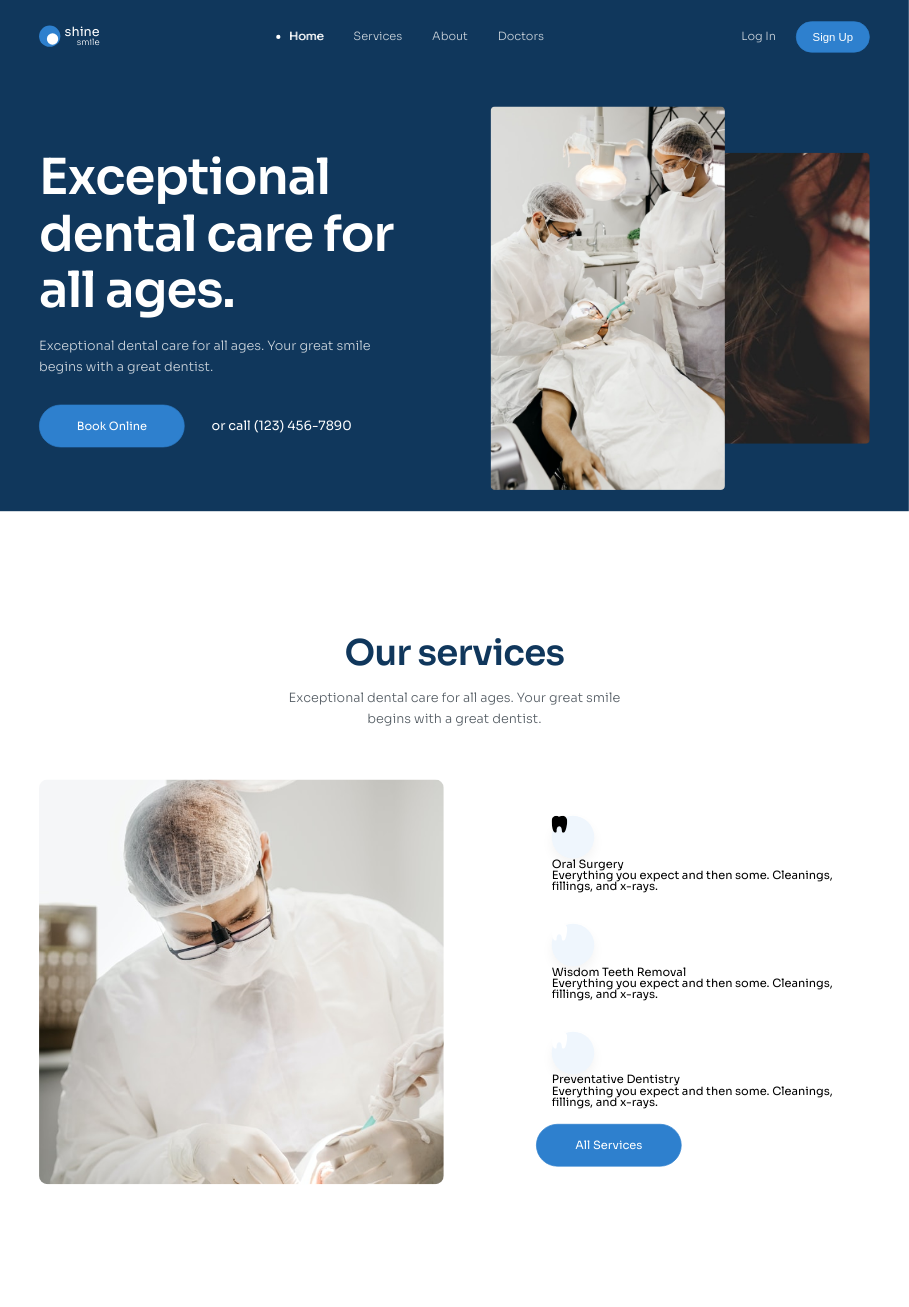
Repository: anhtien111198/f8-htmlcss-03
Page: index.html
These files come from the project's save history. The page is drawn as it stood at one moment and after the next save; the edit follows.
The browser window is 1280 px wide. The pictures show the whole page, at 71% of full size.

Above is the page before, as saved 2023-05-12 17:03:58.

After the next save:
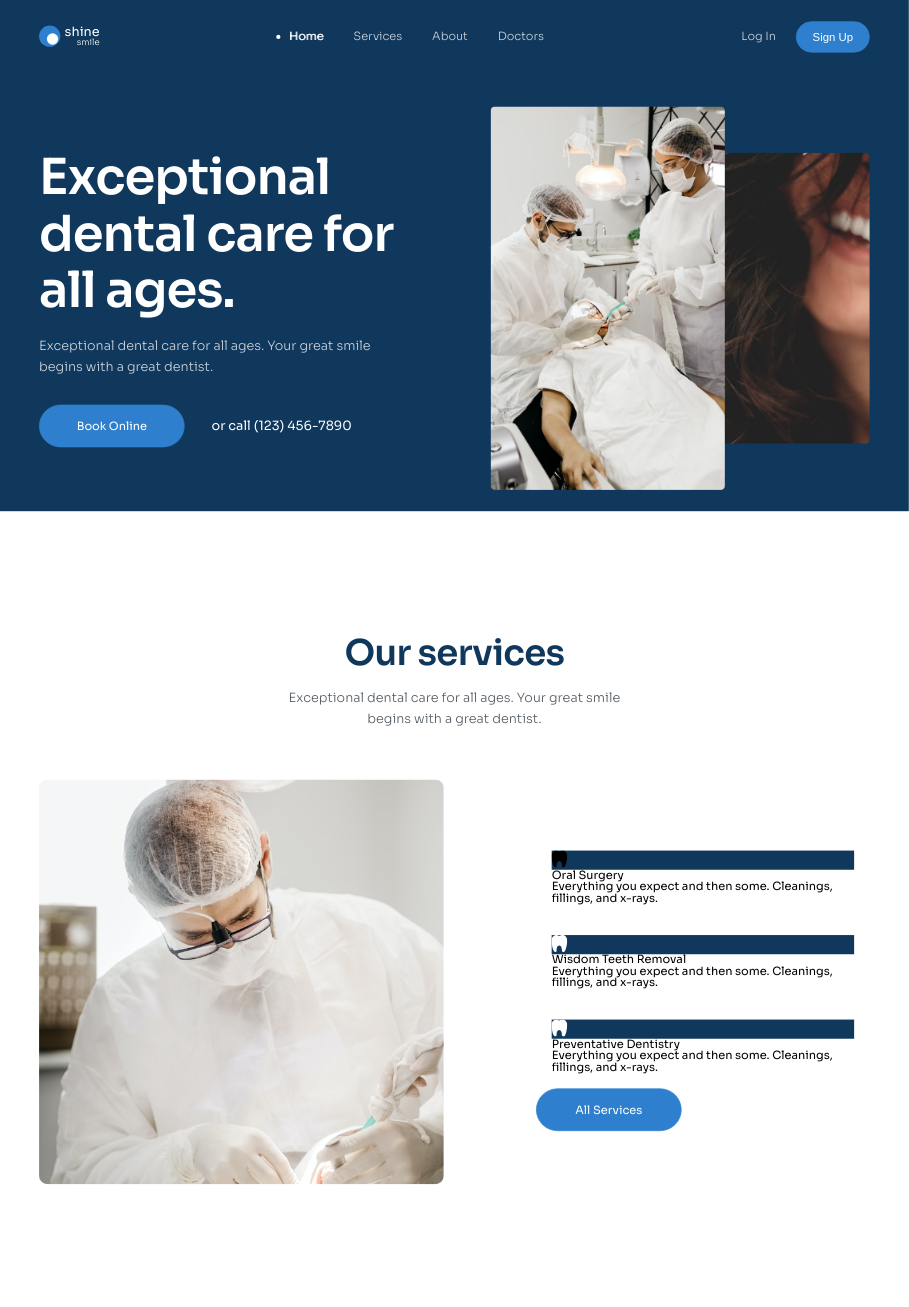
Saved 19 s later.
--- a/index.html
+++ b/index.html
@@ -199,7 +199,7 @@
                             <div class="service__list">
                                 <!-- service item 1 -->
                                 <section class="service-item">
-                                    <div class="service-item__icon-wrap">
+                                    <div class="service-item__icon">
                                         <svg
                                             width="22"
                                             height="24"
@@ -225,7 +225,7 @@
                                 </section>
                                 <!-- service item 2 -->
                                 <section class="service-item">
-                                    <div class="service-item__icon-wrap">
+                                    <div class="service-item__icon">
                                         <svg
                                             width="22"
                                             height="24"
@@ -251,7 +251,7 @@
                                 </section>
                                 <!-- service item 3 -->
                                 <section class="service-item">
-                                    <div class="service-item__icon-wrap">
+                                    <div class="service-item__icon">
                                         <svg
                                             width="22"
                                             height="24"

After the save that followed:
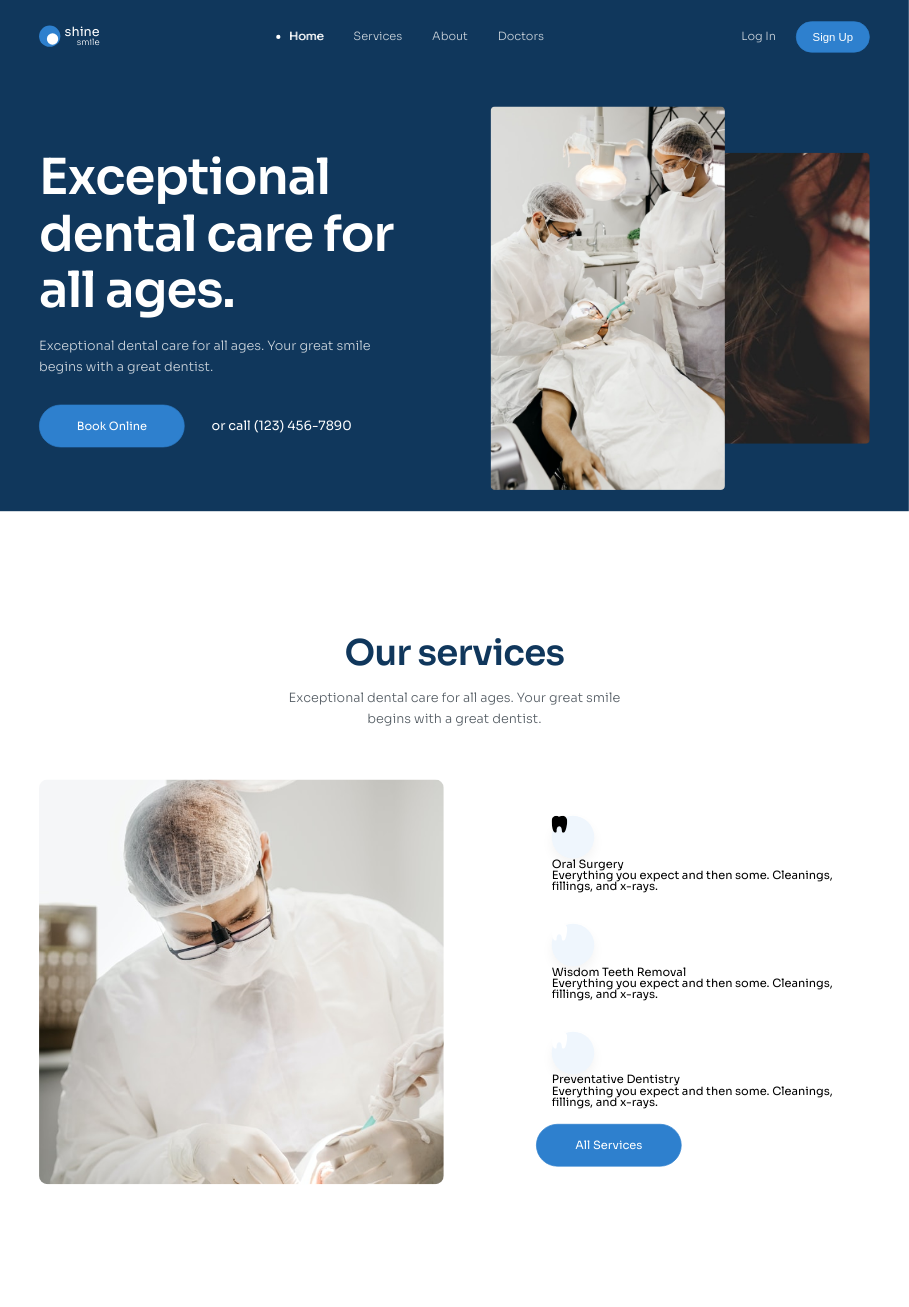
Saved 13 s later.
--- a/assets/css/style.css
+++ b/assets/css/style.css
@@ -231,13 +231,10 @@ a {
     background: #ffffff;
     border-radius: 10px;
 }
-.service-item__icon-wrap {
+.service-item__icon {
     width: 60px;
     height: 60px;
     background: #eff6fd;
     box-shadow: 0px 8px 16px rgba(0, 0, 0, 0.05);
     border-radius: 50%;
 }
-.service-item__icon {
-    background: #10375c;
-}
